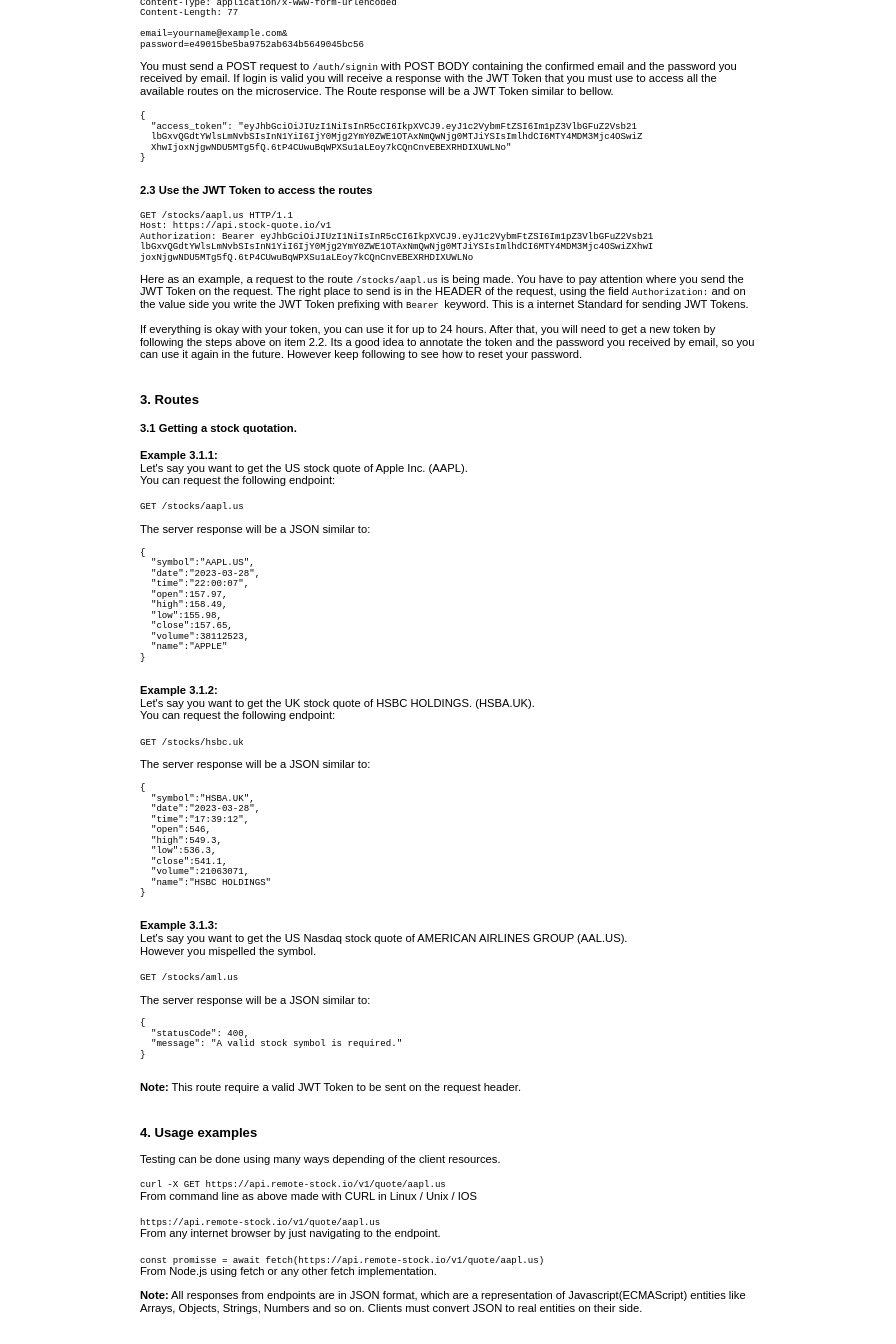
Repository: miguelamello/nest-js
Page: stock-service/documentation.html
These files come from the project's save history. The page is drawn as it stood at one moment and after the next save; the edit follows.
The browser window is 1280 px wide. The pictures show the part of the page from y = 974 to 2894 px (the page is 3364 px tall before and 3382 px after), at 70% of full size.

Above is the page before, as saved 2023-04-02 20:52:02.

After the next save:
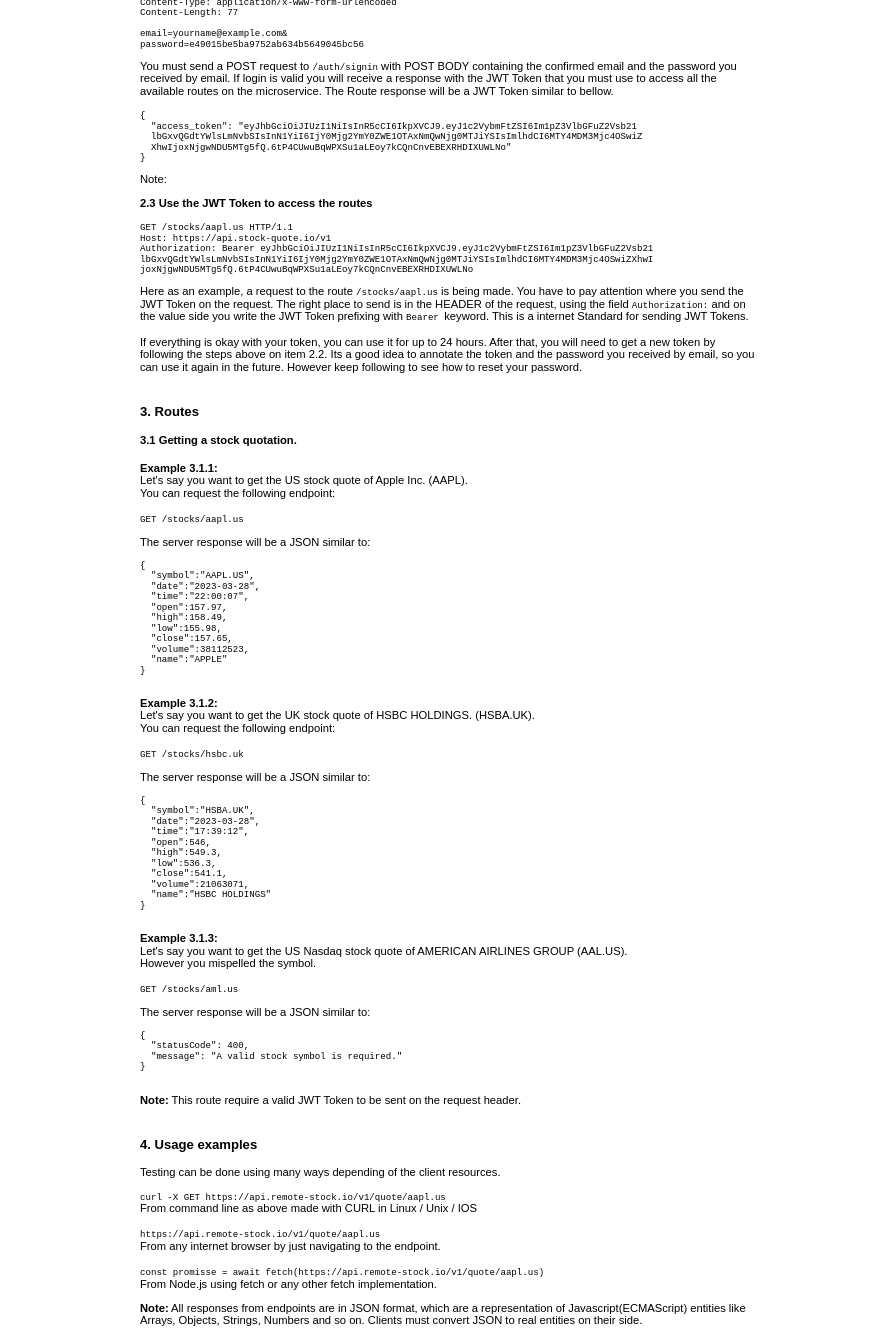
Saved 8 s later.
--- a/stock-service/documentation.html
+++ b/stock-service/documentation.html
@@ -101,7 +101,7 @@ password=e49015be5ba9752ab634b5649045bc56
 }
     </pre>
 
-    <div></div>
+    <div>Note: </div>
 
   </p>
 
